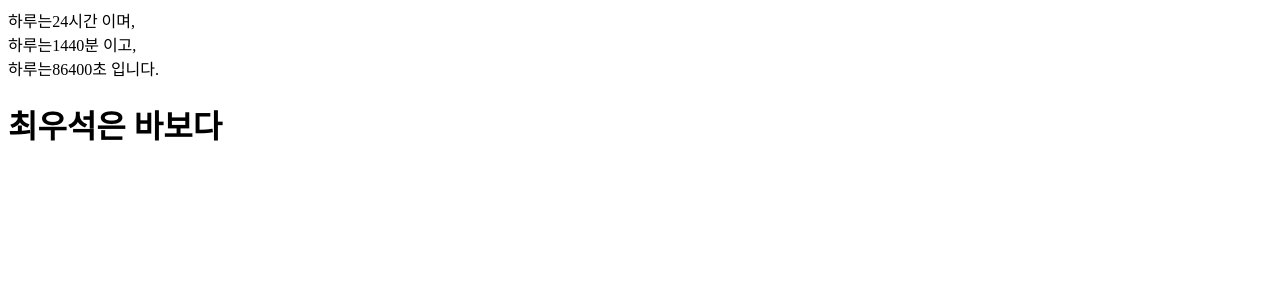
Repository: gambler1541/JSP
Page: http://localhost/first_jsp/jsp_1/scriptlet.jsp
These files come from the project's save history. The page is drawn as it stood at one moment and after the next save; the edit follows.
The browser window is 1280 px wide. The pictures show the whole page.
The page is served by Tomcat 9.

Above is the page before, as saved 2020-06-22 05:50:31.

After the next save:
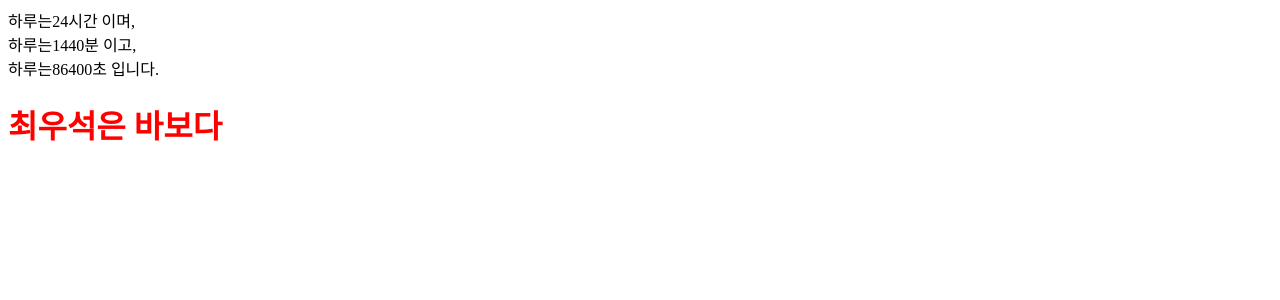
Saved 12 s later.
--- a/first_jsp/WebContent/jsp_1/scriptlet.jsp
+++ b/first_jsp/WebContent/jsp_1/scriptlet.jsp
@@ -15,6 +15,6 @@
 		out.println("하루는" + i * 60 * 60  + "초 입니다.");
 	%>
 
-	<h1 style="colro:red;">최우석은 바보다</h1>
+	<h1 style="color:red;">최우석은 바보다</h1>
 </body>
 </html>
